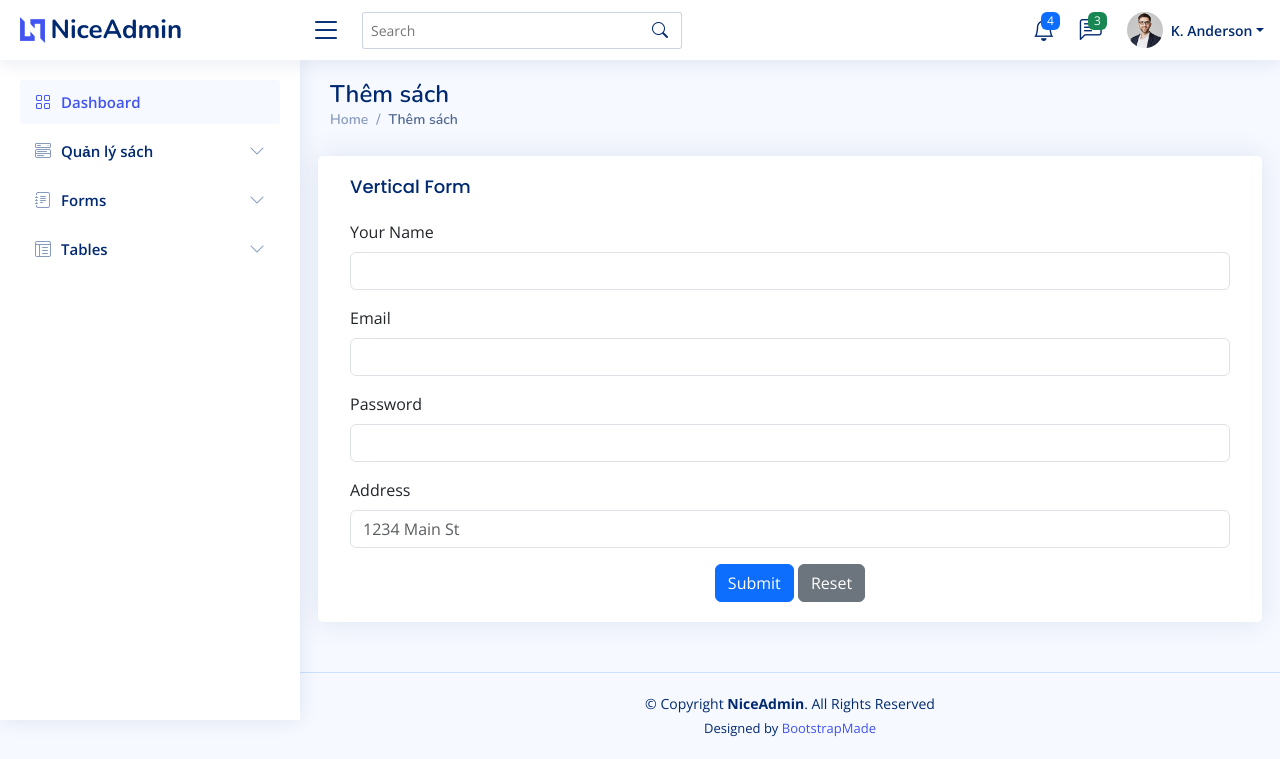
Repository: Hoainam7895123/library_manager
Page: http://localhost/library_manager/addBook.jsp
These files come from the project's save history. The page is drawn as it stood at one moment and after the next save; the edit follows.
The browser window is 1280 px wide. The pictures show the whole page.
The page is served by Tomcat 9.

Above is the page before, as saved 2024-06-06 01:10:17.

After the next save:
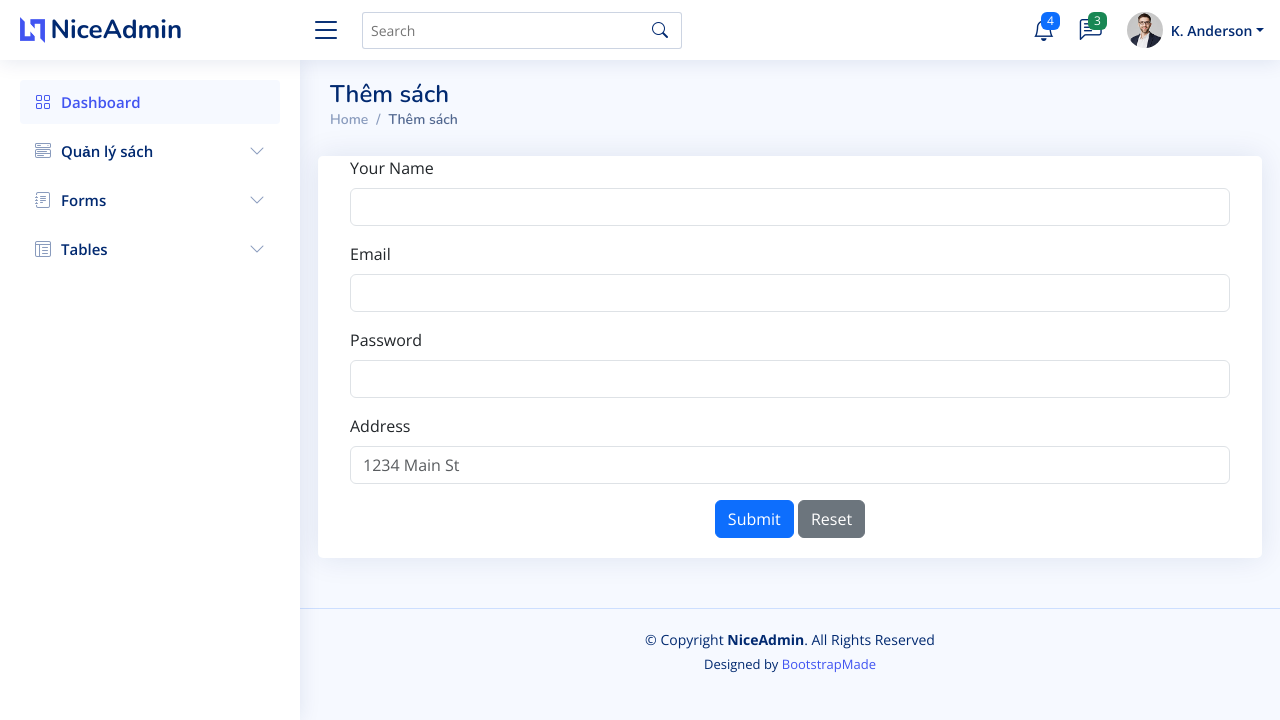
Saved 38 s later.
--- a/library_manager/src/main/webapp/addBook.jsp
+++ b/library_manager/src/main/webapp/addBook.jsp
@@ -351,36 +351,36 @@
 		<section class="section dashboard">
 			<div class="row">
 				<!-- Vertical Form -->
-              <div class="card">
-            <div class="card-body">
-              <h5 class="card-title">Vertical Form</h5>
-
-              <!-- Vertical Form -->
-              <form class="row g-3">
-                <div class="col-12">
-                  <label for="inputNanme4" class="form-label">Your Name</label>
-                  <input type="text" class="form-control" id="inputNanme4">
-                </div>
-                <div class="col-12">
-                  <label for="inputEmail4" class="form-label">Email</label>
-                  <input type="email" class="form-control" id="inputEmail4">
-                </div>
-                <div class="col-12">
-                  <label for="inputPassword4" class="form-label">Password</label>
-                  <input type="password" class="form-control" id="inputPassword4">
-                </div>
-                <div class="col-12">
-                  <label for="inputAddress" class="form-label">Address</label>
-                  <input type="text" class="form-control" id="inputAddress" placeholder="1234 Main St">
-                </div>
-                <div class="text-center">
-                  <button type="submit" class="btn btn-primary">Submit</button>
-                  <button type="reset" class="btn btn-secondary">Reset</button>
-                </div>
-              </form><!-- Vertical Form -->
-
-            </div>
-          </div>
+				<div class="card">
+					<div class="card-body">
+						<!-- Vertical Form -->
+						<form class="row g-3">
+							<div class="col-12">
+								<label for="inputNanme4" class="form-label">Your Name</label> <input
+									type="text" class="form-control" id="inputNanme4">
+							</div>
+							<div class="col-12">
+								<label for="inputEmail4" class="form-label">Email</label> <input
+									type="email" class="form-control" id="inputEmail4">
+							</div>
+							<div class="col-12">
+								<label for="inputPassword4" class="form-label">Password</label>
+								<input type="password" class="form-control" id="inputPassword4">
+							</div>
+							<div class="col-12">
+								<label for="inputAddress" class="form-label">Address</label> <input
+									type="text" class="form-control" id="inputAddress"
+									placeholder="1234 Main St">
+							</div>
+							<div class="text-center">
+								<button type="submit" class="btn btn-primary">Submit</button>
+								<button type="reset" class="btn btn-secondary">Reset</button>
+							</div>
+						</form>
+						<!-- Vertical Form -->
+
+					</div>
+				</div>
 			</div>
 		</section>
 
